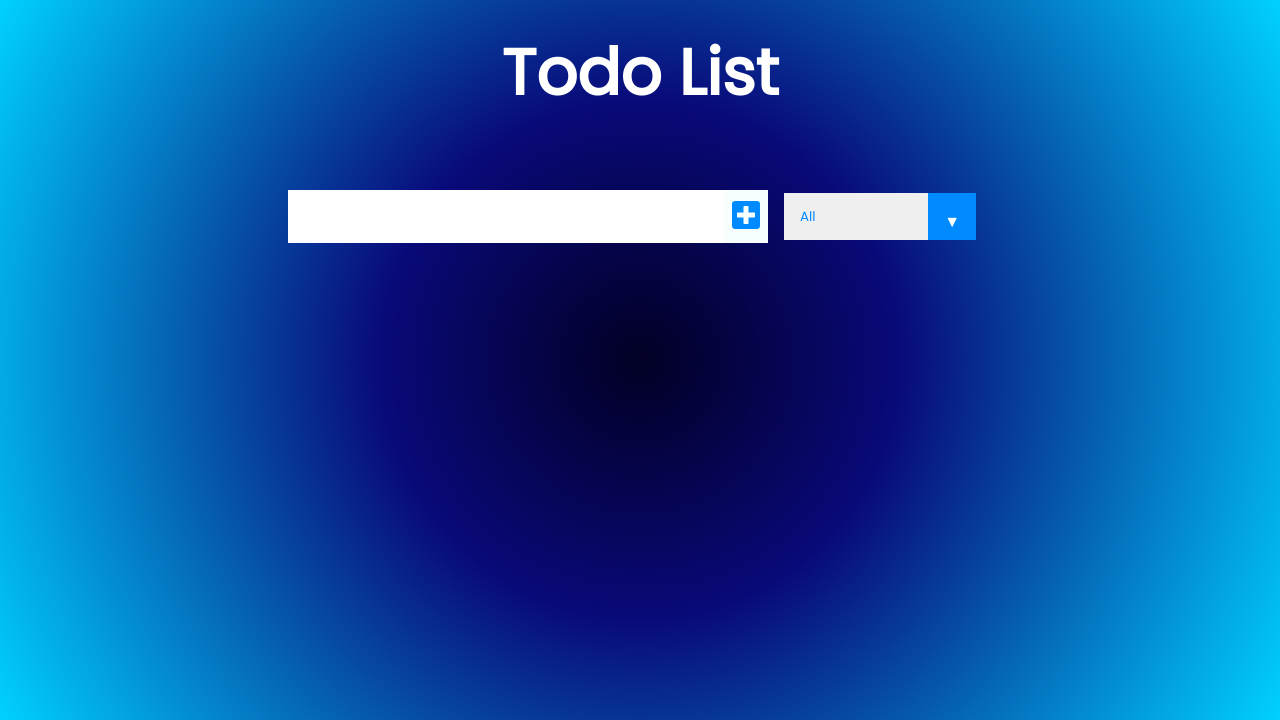
Repository: chellshelove/WADS_Assignment_TodoApp
Page: /
An editor plug-in stored every save of this project. The page is shown before and after the next save, followed by the edit.
The browser window is 1280 px wide. The pictures show the whole page.
Some web libraries are served in a nearby version. The project was rebuilt for these pictures with package versions that can differ from the ones it lists, and the page was loaded fresh each time.

Above is the page before, as saved 2023-03-09 21:20:37.

After the next save:
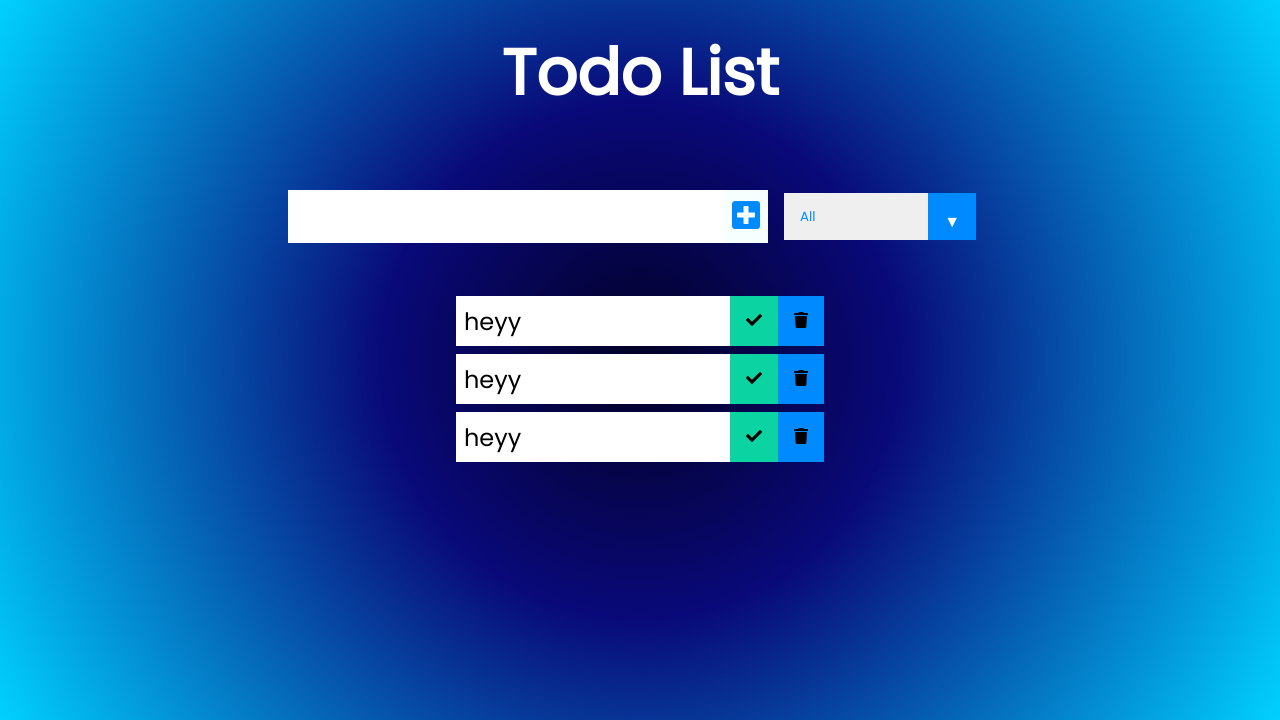
Saved 3 min 54 s later.
--- a/src/components/TodoList.js
+++ b/src/components/TodoList.js
@@ -5,9 +5,9 @@
     return(
         <div className="todo-container">
       <ul className="todo-list">
-          {todos.map(todo => (
-              <Todo />
-          ))}
+        <Todo/>
+        <Todo/>
+        <Todo/>
       </ul>
     </div>
     );

After the save that followed:
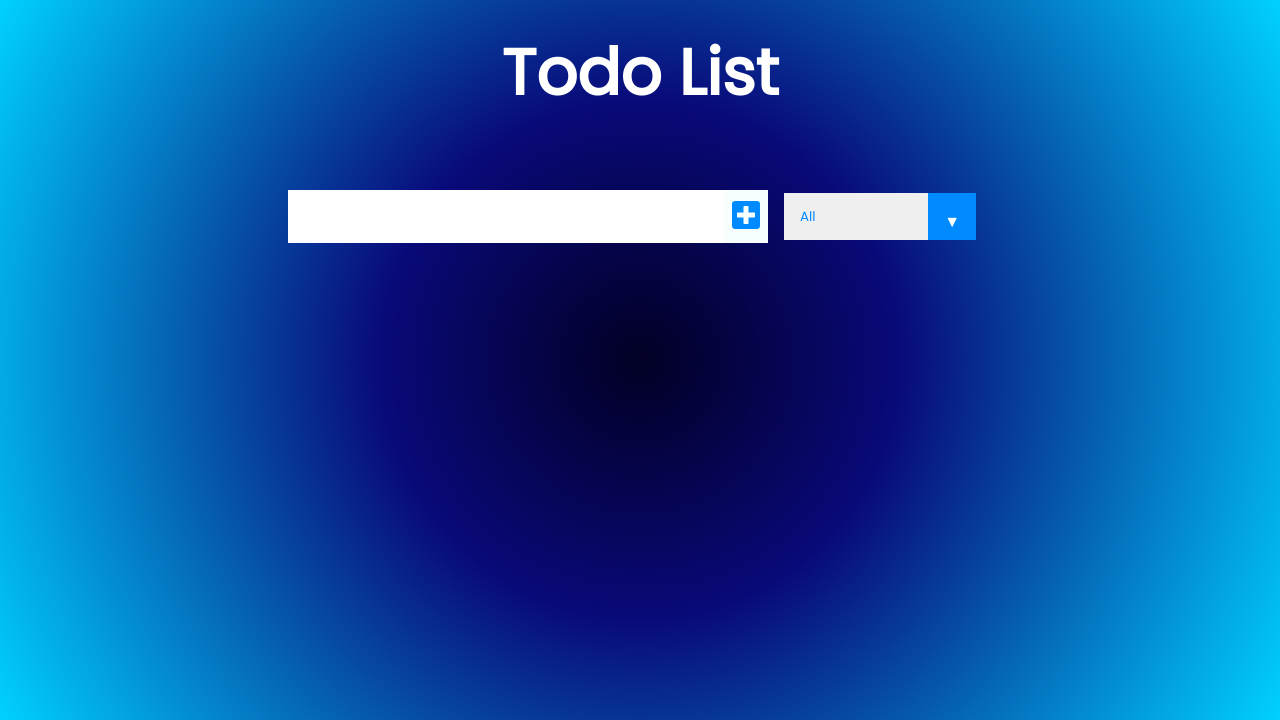
Saved 19 s later.
--- a/src/components/TodoList.js
+++ b/src/components/TodoList.js
@@ -5,9 +5,9 @@
     return(
         <div className="todo-container">
       <ul className="todo-list">
-        <Todo/>
-        <Todo/>
-        <Todo/>
+         {todos.map(todo => (
+              <Todo />
+          ))}
       </ul>
     </div>
     );
